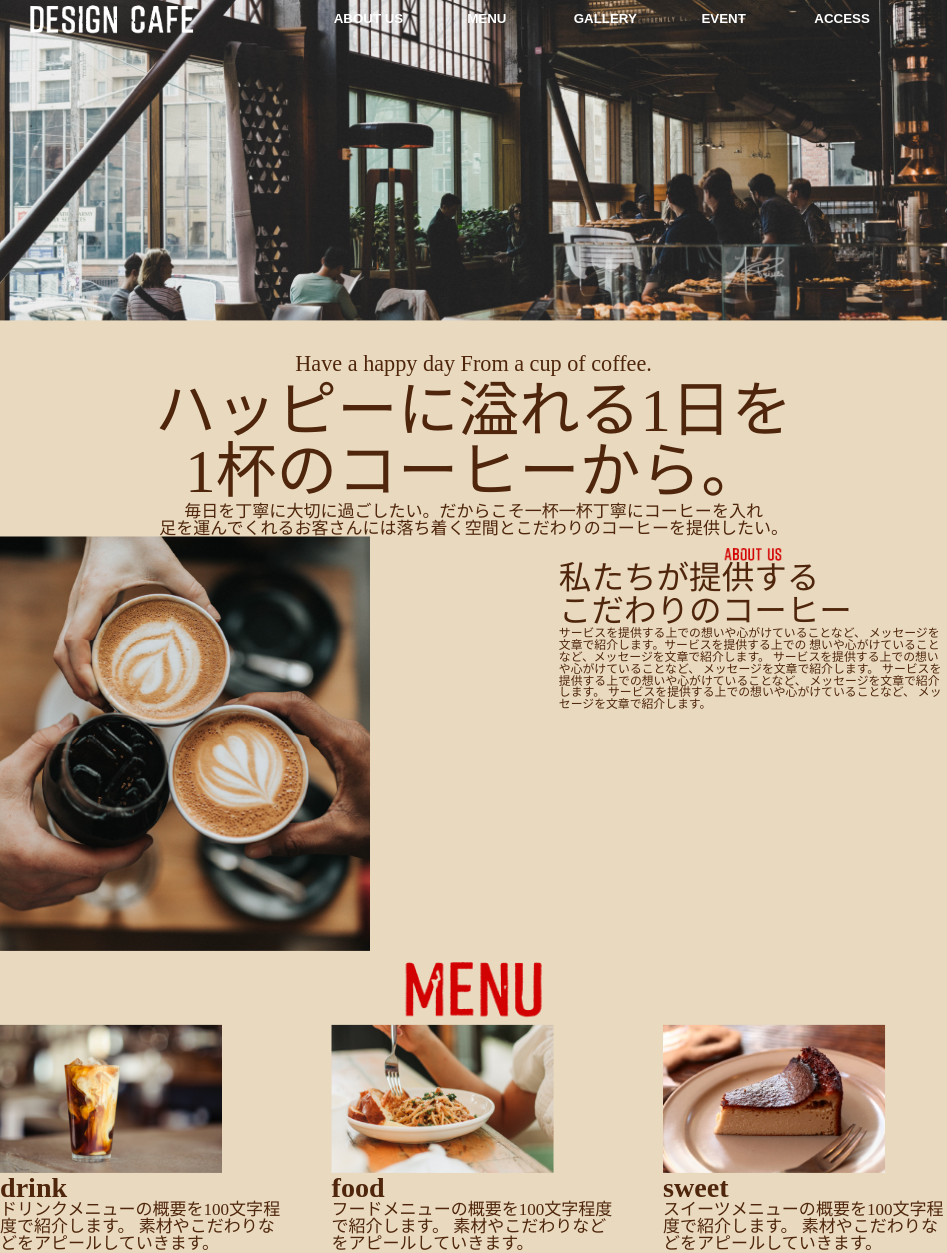
Repository: sonoyama01/dezasuta
Page: 第4回課題/index.html
An editor plug-in stored every save of this project. The page is shown before and after the next save, followed by the edit.
The browser window is 1280 px wide. The pictures show the whole page, at 74% of full size.

Above is the page before, as saved 2024-05-02 12:29:55.

After the next save:
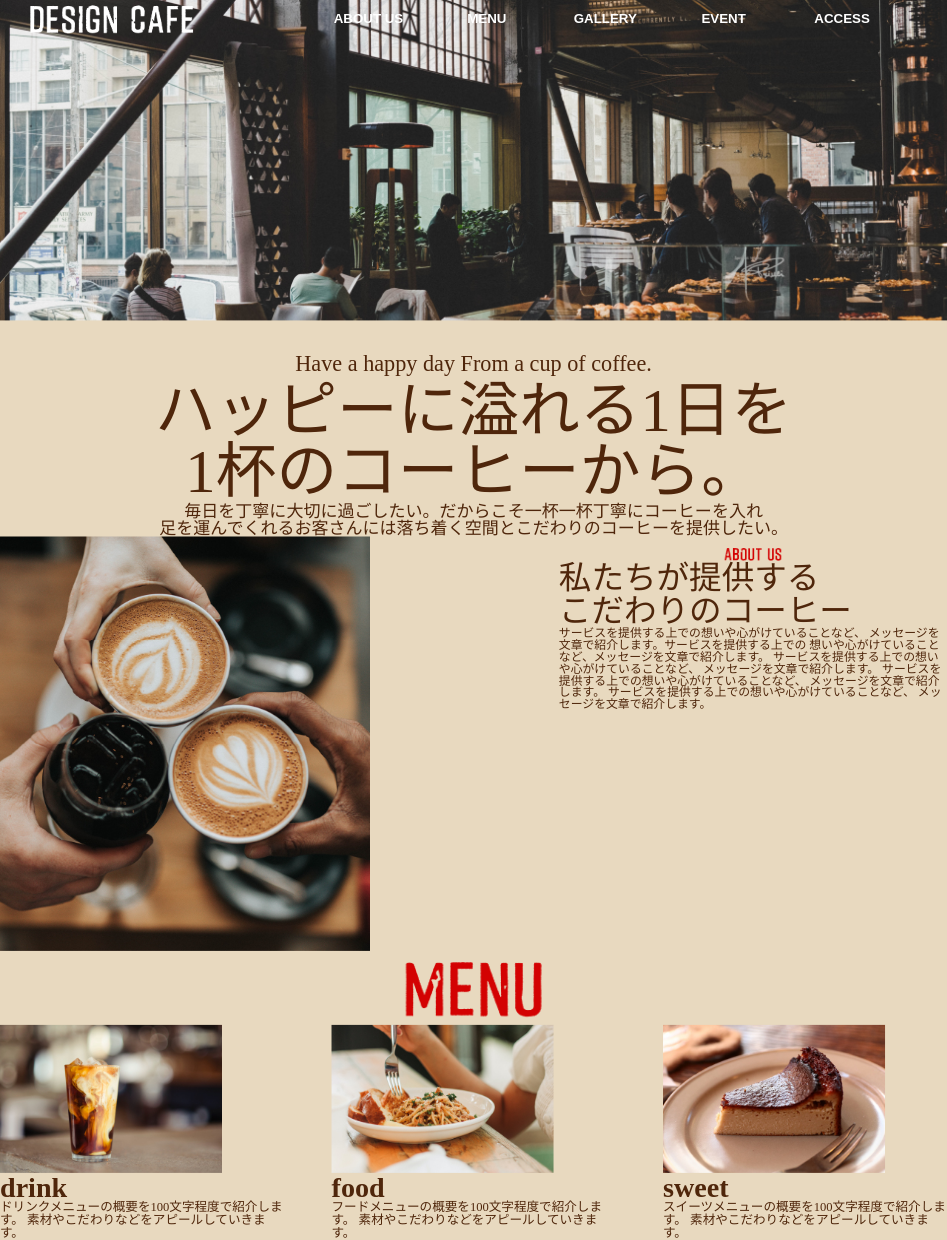
Saved 92 min 41 s later.
--- a/第4回課題/css/style.css
+++ b/第4回課題/css/style.css
@@ -149,4 +149,5 @@ h3 {
 }
 
 .menu_item {
+  font-size: 17px;
 }
